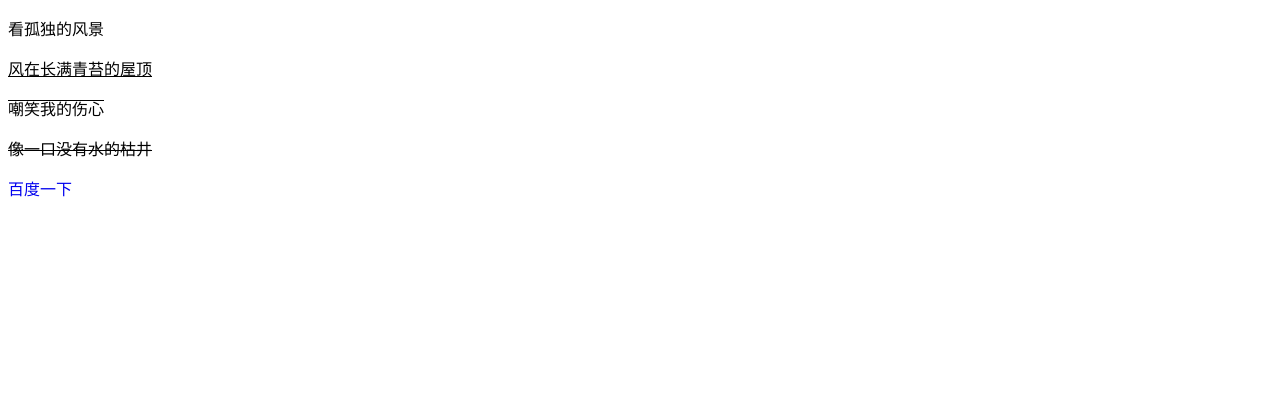
Repository: TheBestBadGuy0228/code
Page: 文本修饰属性.html
These files come from the project's save history. The page is drawn as it stood at one moment and after the next save; the edit follows.
The browser window is 1280 px wide. The pictures show the whole page.

Above is the page before, as saved 2021-10-09 15:36:35.

After the next save:
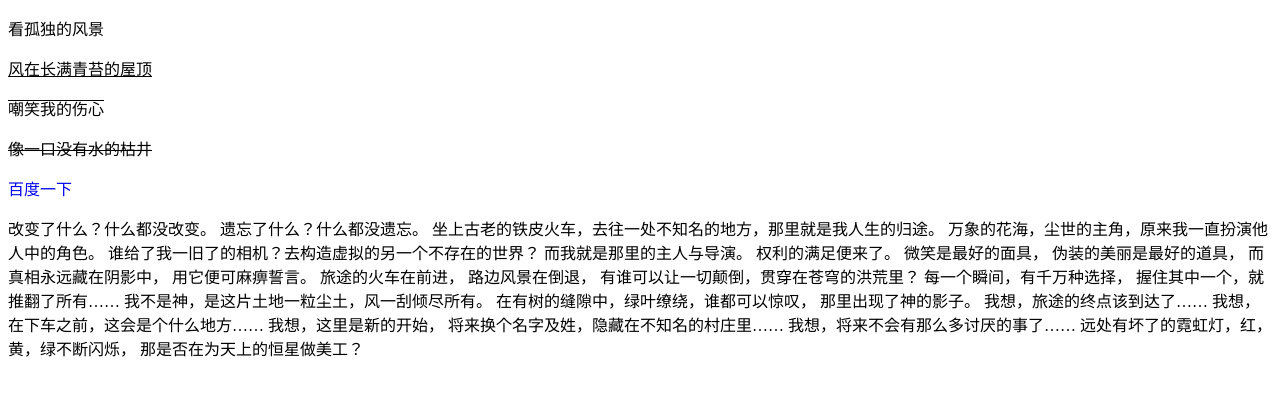
Saved 32 min 55 s later.
--- a/文本修饰属性.html
+++ b/文本修饰属性.html
@@ -27,6 +27,9 @@
         .line-through {
             text-decoration: line-through;
         }
+        .indent {
+            text-indent: 2em;
+        }
     </style>
 </head>
 <body>
@@ -43,11 +46,73 @@ line-through    删除线。（不常用）
 
 
 
- -->
+-->
     <p class="none">看孤独的风景</p>
     <p class="underline">风在长满青苔的屋顶</p>
     <p class="overline">嘲笑我的伤心</p>
     <p class="line-through">像一口没有水的枯井</p>
     <a href="https://www.baidu.com" class="none">百度一下</a>
+    <!-- 4.4文本缩进
+text-indent属性用来指定文本的第一行的缩进，通常是将段落的首行缩进。
+div {
+text-indent:10px;
+}
+通过设置该属性，所有元素的第一行都可以缩进一个给定的长度，甚至该长度可以是负值。
+p{
+text-indent: 2em;
+}
+em是一个相对单位，就是当前元素（font-size）1个文字的大小如果当前元素没有设置大小，则会按照父元素的1个文字大小。 -->
+<p>改变了什么？什么都没改变。
+
+    遗忘了什么？什么都没遗忘。
+
+    坐上古老的铁皮火车，去往一处不知名的地方，那里就是我人生的归途。
+
+    万象的花海，尘世的主角，原来我一直扮演他人中的角色。
+
+    谁给了我一旧了的相机？去构造虚拟的另一个不存在的世界？
+
+    而我就是那里的主人与导演。
+
+    权利的满足便来了。
+
+    微笑是最好的面具，
+
+    伪装的美丽是最好的道具，
+
+    而真相永远藏在阴影中，
+
+    用它便可麻痹誓言。
+
+    旅途的火车在前进，
+
+    路边风景在倒退，
+
+    有谁可以让一切颠倒，贯穿在苍穹的洪荒里？
+
+    每一个瞬间，有千万种选择，
+
+    握住其中一个，就推翻了所有……
+
+    我不是神，是这片土地一粒尘土，风一刮倾尽所有。
+
+    在有树的缝隙中，绿叶缭绕，谁都可以惊叹，
+
+    那里出现了神的影子。
+
+    我想，旅途的终点该到达了……
+
+    我想，在下车之前，这会是个什么地方……
+
+    我想，这里是新的开始，
+
+    将来换个名字及姓，隐藏在不知名的村庄里……
+
+    我想，将来不会有那么多讨厌的事了……
+
+    远处有坏了的霓虹灯，红，黄，绿不断闪烁，
+
+    那是否在为天上的恒星做美工？</p>
+
 </body>
 </html>
